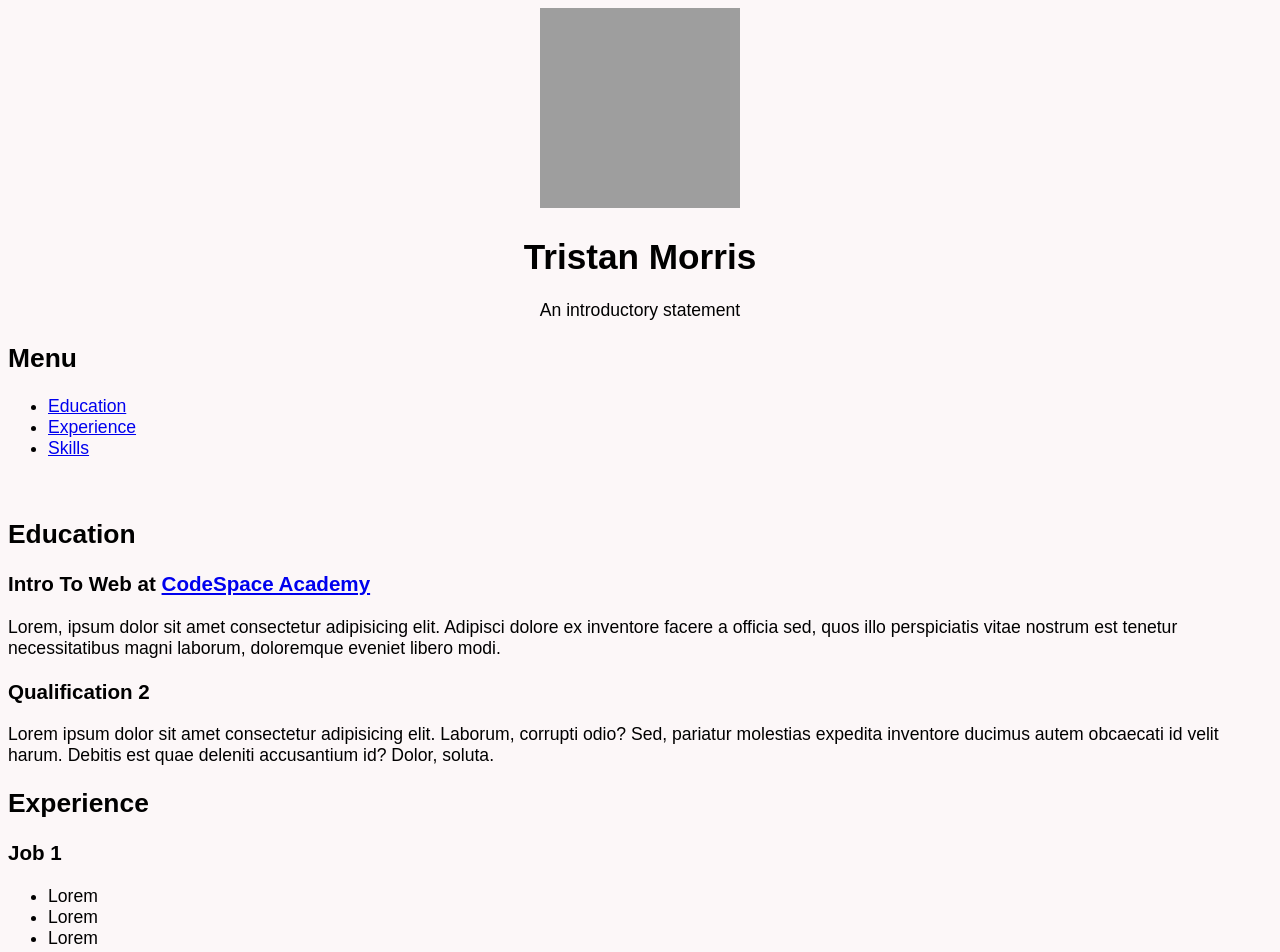
Repository: TristanKMorris/introToWebDesignAssignment
Page: resume1.html
An editor plug-in stored every save of this project. The page is shown before and after the next save, followed by the edit.
The browser window is 1280 px wide. The pictures show the part of the page from y = 0 to 952 px (the page is 1398 px tall).
Pictures or frames that could not be fetched are drawn as grey boxes. A picture or video elsewhere on the page could not be fetched, so the positions and the page height are approximate.

Above is the page before, as saved 2022-06-01 13:24:05.

After the next save:
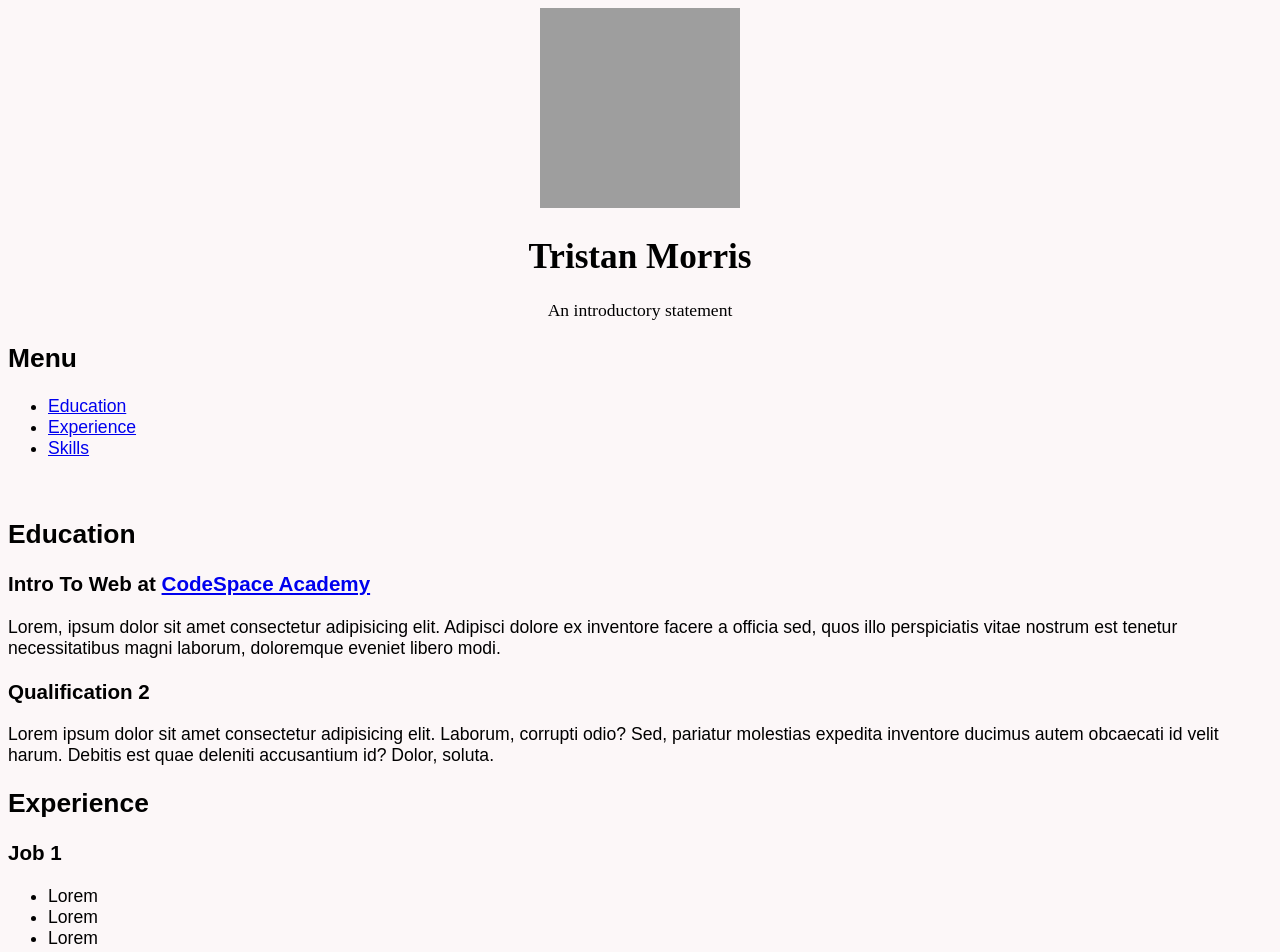
Saved 11 s later.
--- a/css/stylesheet.css
+++ b/css/stylesheet.css
@@ -8,7 +8,7 @@
   text-align: center;
 }
 #heading{
-  font-family: sans-serif;
+  font-family: serif;
 }
 
 footer {

After the save that followed:
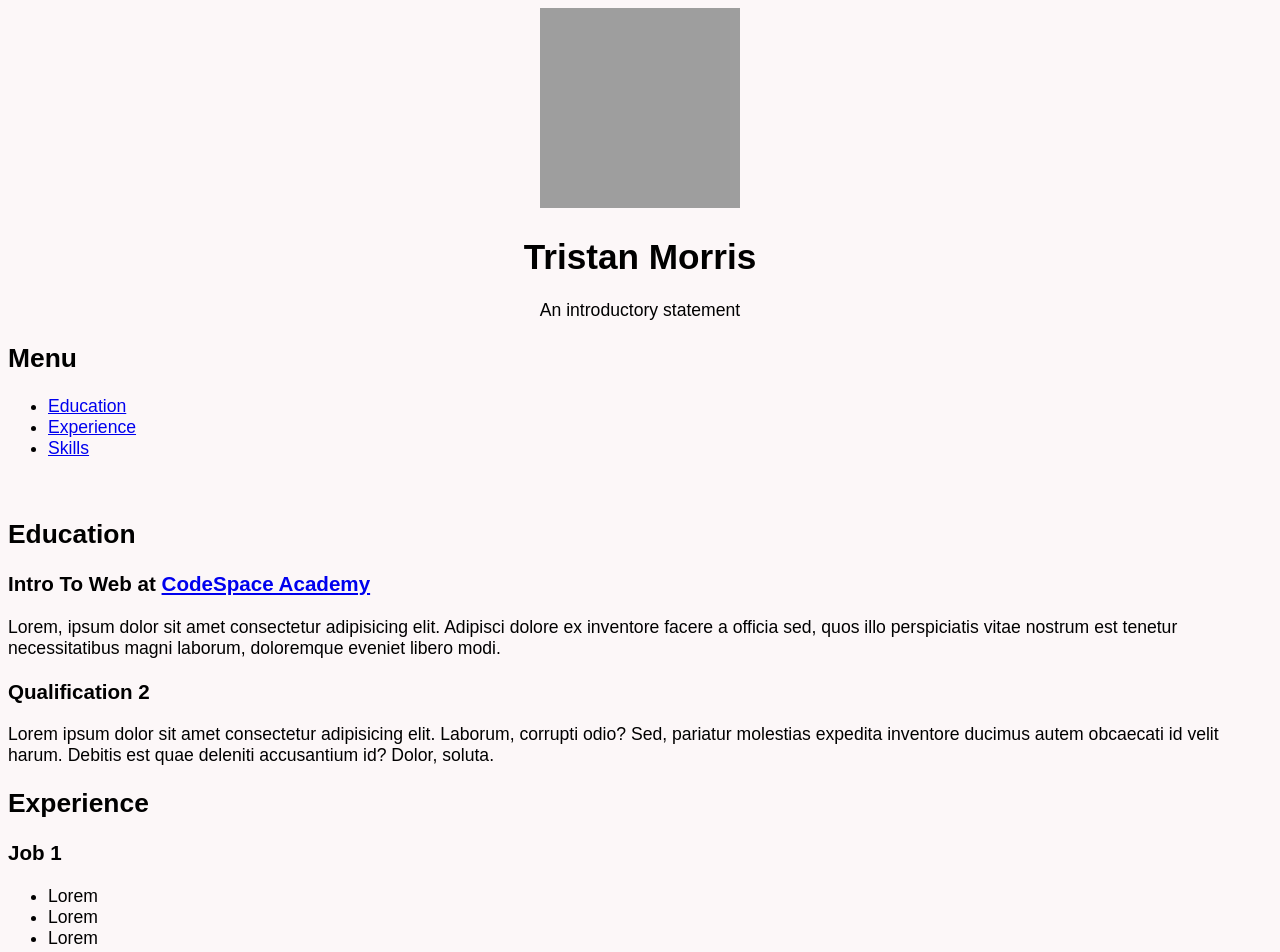
Saved 12 s later.
--- a/css/stylesheet.css
+++ b/css/stylesheet.css
@@ -8,7 +8,7 @@
   text-align: center;
 }
 #heading{
-  font-family: serif;
+  font-family: Arial, Helvetica, sans-serif;
 }
 
 footer {
